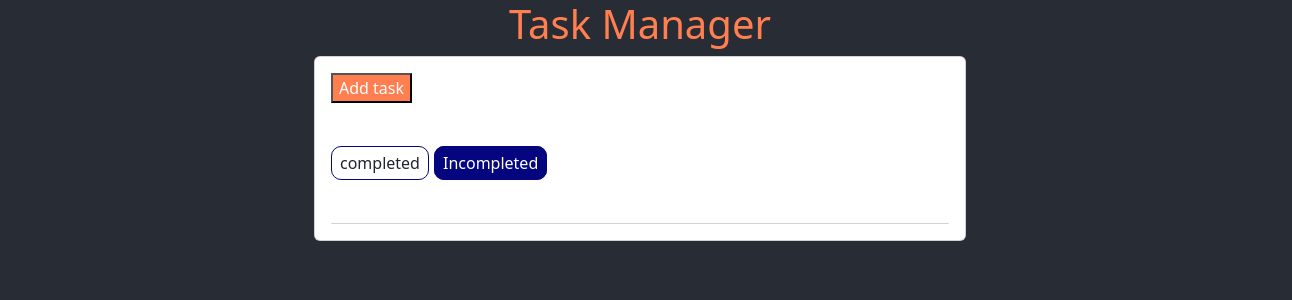
Repository: Jcparks84/task_manager
Page: / (app in frontend/)
These files come from the project's save history. The page is drawn as it stood at one moment and after the next save; the edit follows.
The browser window is 1280 px wide. The page is 1292 px wide, so the pictures cover 1292 px, including what lies to the right of the window. The pictures show the whole page.
The page's requests for data from a server got no answer. The project was rebuilt for these pictures with package versions that can differ from the ones it lists, and the page was loaded fresh each time. No one was signed in, and anything a server would have sent is missing. Also part of the build but not shown: frontend/src/components/Modal.js.

Above is the page before, as saved 2022-08-11 17:28:36.

### frontend/src/index.css
html {
  background-color: #282c34;
}

body {
  margin: 0;
  padding:0;
  font-family: sans-serif;
  -webkit-font-smoothing: antialiased;
}

.todo-title{
  cursor:pointer;
}
.completed-todo {
  text-decoration: line-through;
}
.tab-list > span {
  padding: 5px 8px;
  border : 1px solid rgb(5, 5, 128);
  border-radius:10px;
  margin-right:5px;
  cursor: pointer;
}
.tab-list>span.active {
  background-color: rgb(5, 5, 128);
  color:#fff;
}

### frontend/src/App.js
import React, { Component } from "react";
import Modal from "./components/Modal";
import axios from 'axios';
import './App.css'
class App extends Component {
  constructor(props) {
    super(props);
    this.state = {
      viewCompleted: false,
      activeItem: {
        title: "",
        description: "",
        completed: false
      },
      taskList: []
    };
  }

  componentDidMount() {
    this.refreshList();
  }


  refreshList = () => {
    axios
      .get("http://localhost:8000/api/tasks/")
      .then(res => this.setState({ taskList: res.data }))
      .catch(err => console.log(err));
  };


  displayCompleted = status => {
    if (status) {
      return this.setState({ viewCompleted: true });
    }
    return this.setState({ viewCompleted: false });
  };


  renderTabList = () => {
    return (
      <div className="my-5 tab-list">
        <span
          onClick={() => this.displayCompleted(true)}
          className={this.state.viewCompleted ? "active" : ""}
        >
          completed
            </span>
        <span
          onClick={() => this.displayCompleted(false)}
          className={this.state.viewCompleted ? "" : "active"}
        >
          Incompleted
            </span>
      </div>
    );
  };

  renderItems = () => {
    const { viewCompleted } = this.state;
    const newItems = this.state.taskList.filter(
      item => item.completed === viewCompleted
    );
    return newItems.map(item => (
      <li
        key={item.id}
        className="list-group-item d-flex justify-content-between align-items-center"
      >
        <span
          className={`todo-title mr-2 ${this.state.viewCompleted ? "completed-todo" : ""
            }`}
          title={item.description}
        >
          {item.title}
        </span>
        <span>
          <button
            onClick={() => this.editItem(item)}
            className="edit-button"
          >
            Edit
          </button>
          <button
            onClick={() => this.handleDelete(item)}
            className="delete-button"
          >
            Delete
          </button>
        </span>
      </li>
    ));
  };



  toggle = () => {
    this.setState({ modal: !this.state.modal });
  };

  handleSubmit = item => {
    this.toggle();
    if (item.id) {
      axios
        .put(`http://localhost:8000/api/tasks/${item.id}/`, item)
        .then(res => this.refreshList());
      return;
    }
    axios
      .post("http://localhost:8000/api/tasks/", item)
      .then(res => this.refreshList());
  };

  handleDelete = item => {
    axios
      .delete(`http://localhost:8000/api/tasks/${item.id}/`)
      .then(res => this.refreshList());
  };

  createItem = () => {
    const item = { title: "", description: "", completed: false };
    this.setState({ activeItem: item, modal: !this.state.modal });
  };

  editItem = item => {
    this.setState({ activeItem: item, modal: !this.state.modal });
  };


  render() {
    return (
      <main className="content">
        <h1>Task Manager</h1>
        <div className="row ">
          <div className="col-md-6 col-sm-10 mx-auto p-0">
            <div className="card p-3">
              <div className="">
                <button onClick={this.createItem} className="add-button">
                  Add task
                    </button>
              </div>
              {this.renderTabList()}
              <ul className="list-group list-group-flush">
                {this.renderItems()}
              </ul>
            </div>
          </div>
        </div>
        {this.state.modal ? (
          <Modal
            activeItem={this.state.activeItem}
            toggle={this.toggle}
            onSave={this.handleSubmit}
          />
        ) : null}
      </main>
    );
  }
}
export default App;

### frontend/src/App.css
.App {
  text-align: center;
}

html, body, #wrapper {
  width: 100%;
  min-height: 100%;
}

.App-logo {
  height: 40vmin;
  pointer-events: none;
}

@media (prefers-reduced-motion: no-preference) {
  .App-logo {
    animation: App-logo-spin infinite 20s linear;
  }
}

.App-header {
  background-color: #282c34;
  min-height: 100vh;
  display: flex;
  flex-direction: column;
  align-items: center;
  justify-content: center;
  font-size: calc(10px + 2vmin);
  color: white;
}

.App-link {
  color: #61dafb;
}

.content {
  background-color: #282c34;
}

h1 {
  text-align: center;
  color: coral;
  padding: auto;
}

.add-button {
  background-color: coral;
  color: white;
}

.delete-button {
  background-color: crimson;
  color: white;
}

span {
  background-color: ;
}


@keyframes App-logo-spin {
  from {
    transform: rotate(0deg);
  }
  to {
    transform: rotate(360deg);
  }
}

Loaded but not shown: frontend/public/index.html (common file); frontend/src/index.js (common file); frontend/src/reportWebVitals.js (common file)

After the next save:
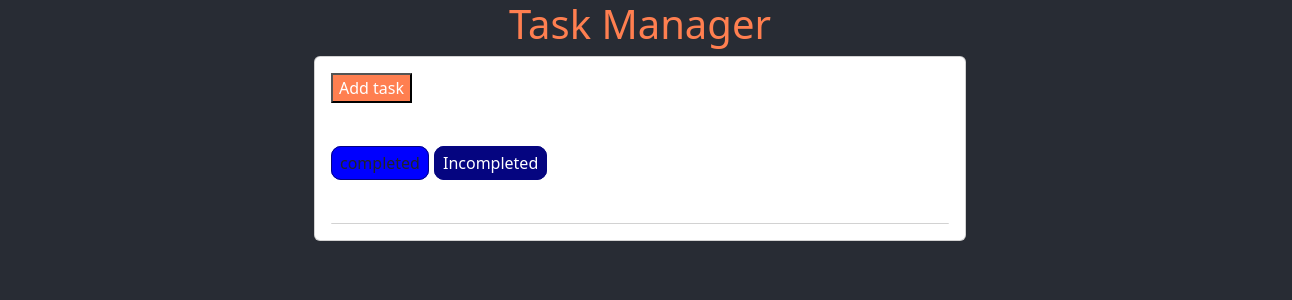
Saved 6 s later.
--- a/frontend/src/App.css
+++ b/frontend/src/App.css
@@ -54,7 +54,7 @@ h1 {
 }
 
 span {
-  background-color: ;
+  background-color: blue;
 }
 
 
